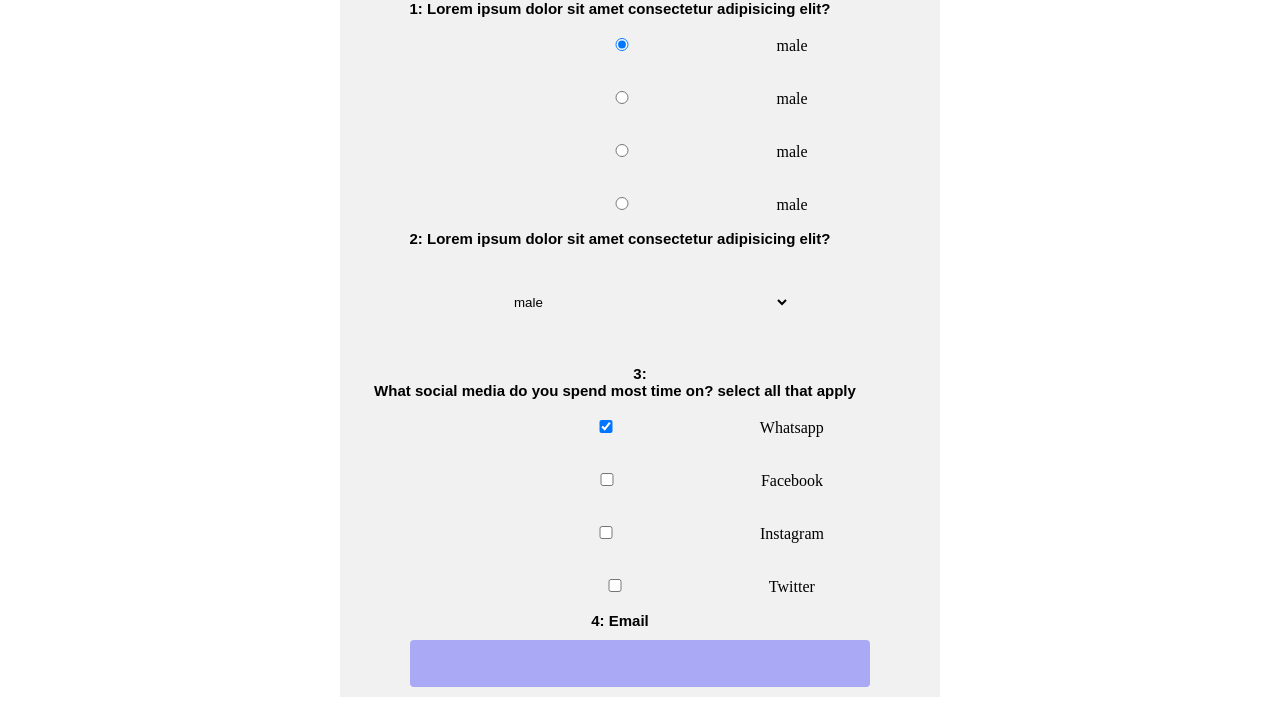
Repository: Grace229/Hasob-form
Page: index.html
These files come from the project's save history. The page is drawn as it stood at one moment and after the next save; the edit follows.
The browser window is 1280 px wide. The pictures show the whole page.

Above is the page before, as saved 2020-12-27 11:38:40.

### index.html
<!DOCTYPE html>
<html lang="en">
<head>
    <meta charset="UTF-8">
    <meta name="viewport" content="width=device-width, initial-scale=1.0">
    <title>Document</title>
    <link rel="stylesheet" href="style.css">
</head>
<body>
    <form>
        <!-- radio button -->
        <div>
            <label class="question" for="">1: Lorem ipsum dolor sit amet consectetur adipisicing elit? </label> <br>
                <input type="radio" name="gender" value="male" class="input" checked>
                <label> male</label>
                <input type="radio" name="gender" value="male" class="input">
                <label> male</label>
                <input type="radio" name="gender" value="male" class="input">
                <label> male</label>
                <input type="radio" name="gender" value="male" class="input">
                <label> male</label>

        </div>
        <!-- dropdown -->
        <div>
            <label  class="question" for="">2: Lorem ipsum dolor sit amet consectetur adipisicing elit? </label><br>
               <select name="grace" id="input">
                   <option value="male" class="check">
                    <label> male</label>
                   </option>
                   <option value="male" class="check">
                    <label> male</label>
                   </option>
                   <option value="male" class="check">
                    <label> male</label>
                   </option>
                   <option value="male" class="check">
                    <label> male</label>
                   </option>
               </select>
        </div>
        <!-- checkboxes -->
           <div>
            <label  class="question" for=""><p>3:</p> What social media do you spend most time on? select all that apply</label><br>
               <input type="checkbox" name="gender" value="male" class="input" checked>
               <label> Whatsapp</label>
                <input type="checkbox" name="gender" value="male" class="input">
                <label> Facebook</label>
                <input type="checkbox" name="gender" value="male" class="input">
                <label> Instagram</label>
                <input type="checkbox" name="gender" value="male" class="input">
                <label> Twitter</label>
        </div>
        <!-- textbox -->
        <div>
            <label  class="question" for=""> 4: Email</label> <br>
            <input type="email" name="email" id="email">
        </div>
   </form>
</body>
</html>

### style.css
*{
    padding: 0;
    margin: 0;
}
.question{
    font-size: 15px;
    font-weight: bold;
    font-family: sans-serif;
    margin: 10px 50px 10px 10px;
}

.input{
    width: 50%;
    margin: 20px 0px 20px 0px;
}
.check{
    border: solid 1px black;
}
#input{
    width: 50%;
    margin: 30px 10px 20px 10px;
    border: none;
}
select{
    border: 1px  solid black;
    background-color:#f1f1f1;
    padding: 16px 20px;
    border-radius: 4px;
}
option{
    border: 1px solid black;
    font-size:  15px;
}
form{
    text-align: center;
    width: 600px;
    margin: auto;
    background-color: #f1f1f1;
}
#email{
    width: 70%;
    margin: 10px 10px 10px 10px;
    border: none;
    background-color: rgb(169, 169, 245);
    padding: 16px 20px;
    border-radius: 4px;
}
#email:focus{
    background-color: #ffffff;
    font-size: 20px;

}

After the next save:
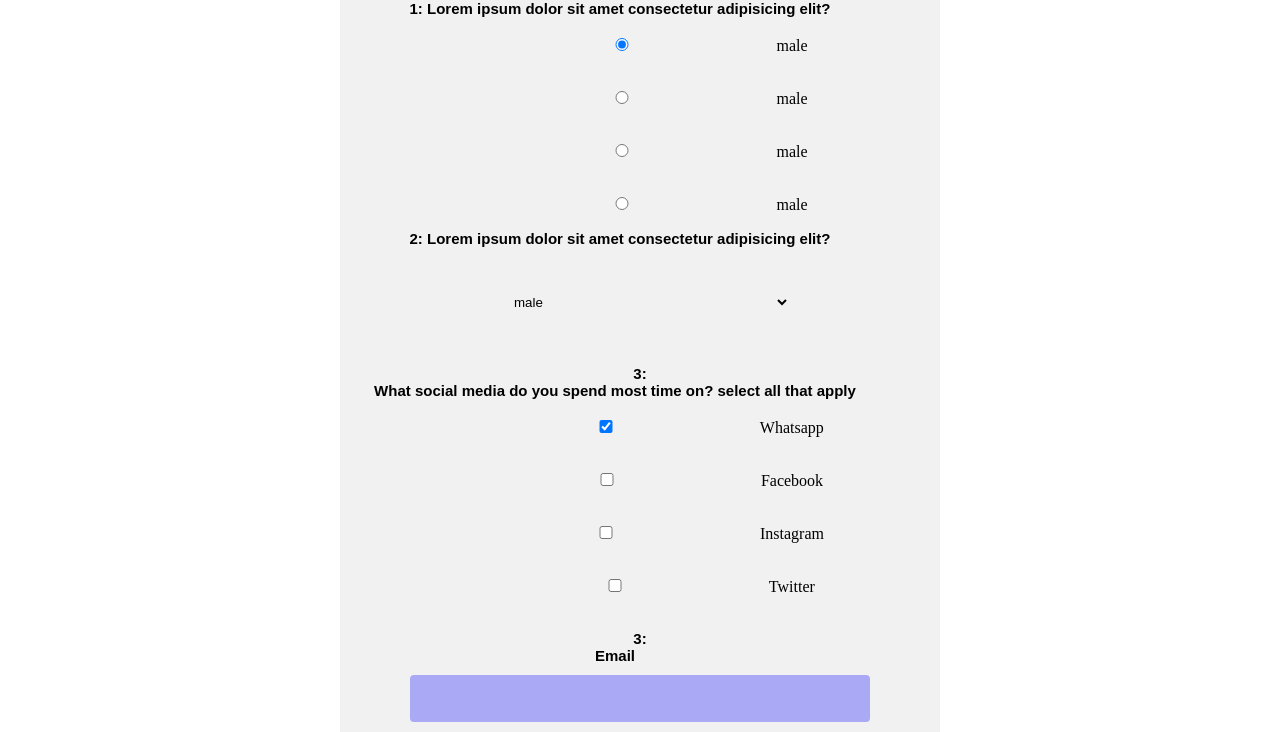
Saved 19 s later.
--- a/index.html
+++ b/index.html
@@ -53,7 +53,7 @@
         </div>
         <!-- textbox -->
         <div>
-            <label  class="question" for=""> 4: Email</label> <br>
+            <label  class="question" for=""> <p>3:</p> Email</label> <br>
             <input type="email" name="email" id="email">
         </div>
    </form>
